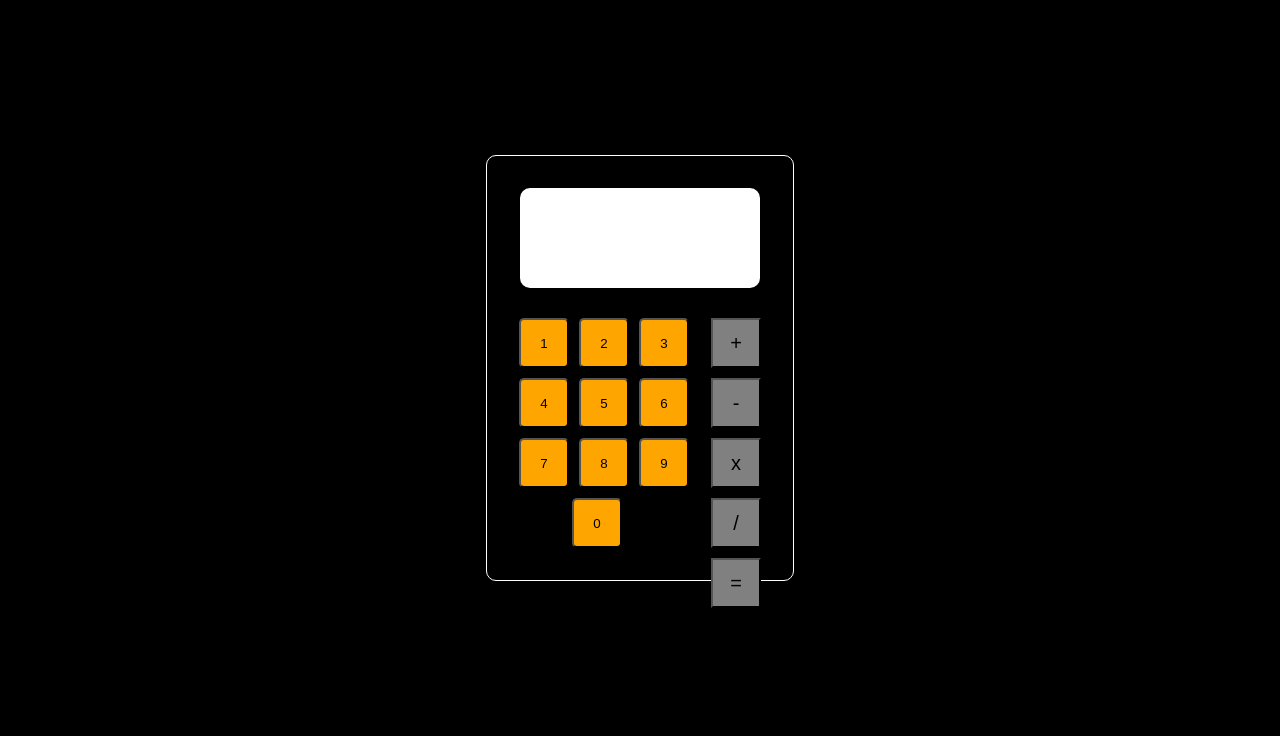
Repository: askan-ken/Simple-calculator
Page: index.html
These files come from the project's save history. The page is drawn as it stood at one moment and after a run of saves; the edit follows.
The browser window is 1280 px wide. The pictures show the whole page.

Above is the page before, as saved 2023-02-17 05:12:04.
Console error: TypeError: Cannot read properties of null (reading 'addEventListener')

### index.html
<!DOCTYPE html>
<html lang="en">
<head>
  <meta charset="UTF-8">
  <meta http-equiv="X-UA-Compatible" content="IE=edge">
  <meta name="viewport" content="width=device-width, initial-scale=1.0">
  <title>Calculator</title>
  <link rel="stylesheet" href="./style.css">
  <script src="./script.js"></script>
</head>
<style>
  body{
    height: 100vh;
    background-color: black;
    color: white;
    display: flex;
    justify-content: center;
    align-items: center;
  }
</style>
<body>
  <div class="container">
    <div class="display">
      <div class="displays" id="display">

      </div>
    </div>
    <div class="buttons">
      <div class="number">
        <button class="numbers">1</button>
        <button class="numbers">2</button>
        <button class="numbers">3</button>
        <button class="numbers">4</button>
        <button class="numbers">5</button>
        <button class="numbers">6</button>
        <button class="numbers">7</button>
        <button class="numbers">8</button>
        <button class="numbers">9</button>
        <button class="numbers zero">0</button>
      </div>
      <div class="operator">
        <button class="operators">+</button>
        <button class="operators">-</button>
        <button class="operators">x</button>
        <button class="operators">/</button>
        <button class="operators">=</button>
      </div>
    </div>
  </div>
</body>
</html>

### style.css
.container {
  display: flex;
  flex-direction: column;
  justify-content: center;
  align-items: center;
  gap: 30px;
  border: 1px solid white;
  border-radius: 10px;
  padding: 2rem;
  -webkit-border-radius: 10px;
  -moz-border-radius: 10px;
  -ms-border-radius: 10px;
  -o-border-radius: 10px;
}
.displays {
  width: 240px;
  height: 100px;
  background-color: white;
  border-radius: 10px;
  -webkit-border-radius: 10px;
  -moz-border-radius: 10px;
  -ms-border-radius: 10px;
  -o-border-radius: 10px;
}
.buttons {
  display: grid;
  grid-template-columns: 180px 50px;
  grid-template-rows: 230px;
  grid-column-gap: 12px;
  grid-row-gap: 0px;
}
.number {
  display: grid;
  grid-template-columns: repeat(3, 50px);
  grid-template-rows: repeat(4, 50px);
  grid-column-gap: 10px;
  grid-row-gap: 10px;
}
.numbers {
  background-color: orange;
  border-radius: 5px;
  -webkit-border-radius: 5px;
  -moz-border-radius: 5px;
  -ms-border-radius: 5px;
  -o-border-radius: 5px;
  cursor: pointer;
}
.zero {
  position: relative;
  left: 53px;
}

.operator {
  display: grid;
  grid-template-columns: 50px;
  grid-template-rows: repeat(5, 50px);
  grid-column-gap: 0px;
  grid-row-gap: 10px;
}
.operators{
    background-color: gray;
    color: black;
    font-size: 20px;
}

### script.js
const plus = document.getElementById('plus');
const minus = document.getElementById('minus');
const counts = document.querySelectorAll('#count');


function addNumber(number) {
    for(let i = 0 ; i < counts.length; i++){
        counts[i].textContent = parseInt(counts[i].textContent) + number
    }
}
function subtractNumber(number) {
    for(let i = 0; i < counts.length; i++){
        counts[i].textContent = parseInt(counts[i].textContent) - number
    }
}


plus.addEventListener('click', function(){
    addNumber(1)
})

minus.addEventListener('click', function(){
    subtractNumber(1)
})

After the next 3 saves:
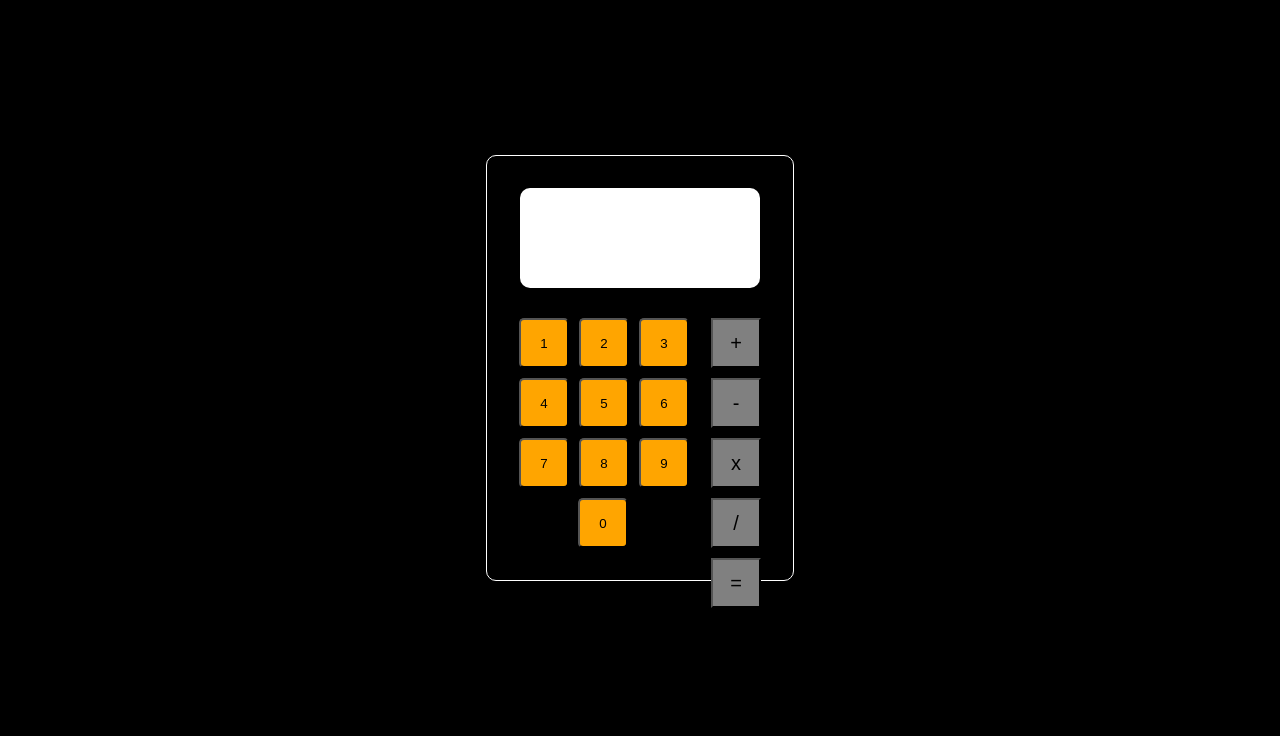
The 3 saves are shown as one change because they came seconds apart.
The last was saved 11 s later.
--- a/style.css
+++ b/style.css
@@ -47,7 +47,7 @@
 }
 .zero {
   position: relative;
-  left: 53px;
+  left: 59px;
 }
 
 .operator {
